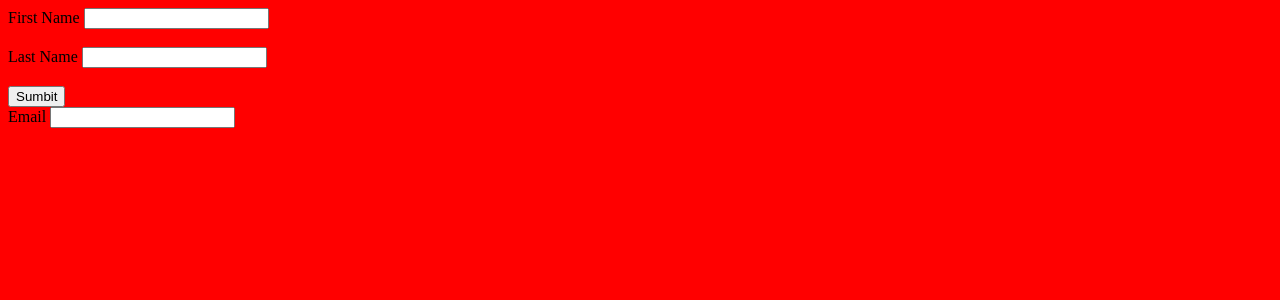
Repository: Fariaddd/codefactor-stylesheet
Page: index.html
The author's editor kept a copy of each file at every save. The page is drawn from the files as they stood at one save, then again after the next save.
The browser window is 1280 px wide. The pictures show the whole page.

Above is the page before, as saved 2021-11-17 19:08:38.

### index.html
<!DOCTYPE html>
<html lang="en">
  <head>
    <meta charset="UTF-8" />
    <meta http-equiv="X-UA-Compatible" content="IE=edge" />
    <meta name="viewport" content="width=device-width, initial-scale=1.0" />
    <title>Document</title>
    <link rel="stylesheet" href="./styles/styles.css" />
  </head>
  <body>
    <form action="/action_page.php">
      <label for="firstname">First Name</label>
      <input type="text" id="firstname" name="firstname" /><br /><br />
      <label for="lastname">Last Name</label>
      <input type="text" id="lastname" name="lastname" /><br /><br />
      <input type="submit" value="Sumbit" />
    </form>

    <main>
      <div>
        <label for="email">Email</label>
        <input type="email" id="password" />
      </div>
    </main>
  </body>
</html>

### styles/styles.css
body {
  background-color: red;
}
h1 {
  font-size: 26px;
  color: purple;
}

p {
  font-size: 16px;
  color: royalblue;
}

After the next save:
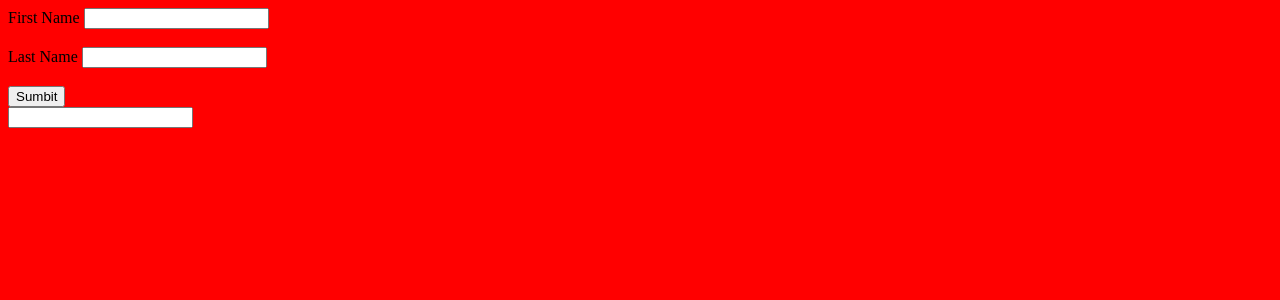
Saved 109 s later.
--- a/index.html
+++ b/index.html
@@ -16,11 +16,6 @@
       <input type="submit" value="Sumbit" />
     </form>
 
-    <main>
-      <div>
-        <label for="email">Email</label>
-        <input type="email" id="password" />
-      </div>
-    </main>
+    <input list="Browsers" />
   </body>
 </html>
